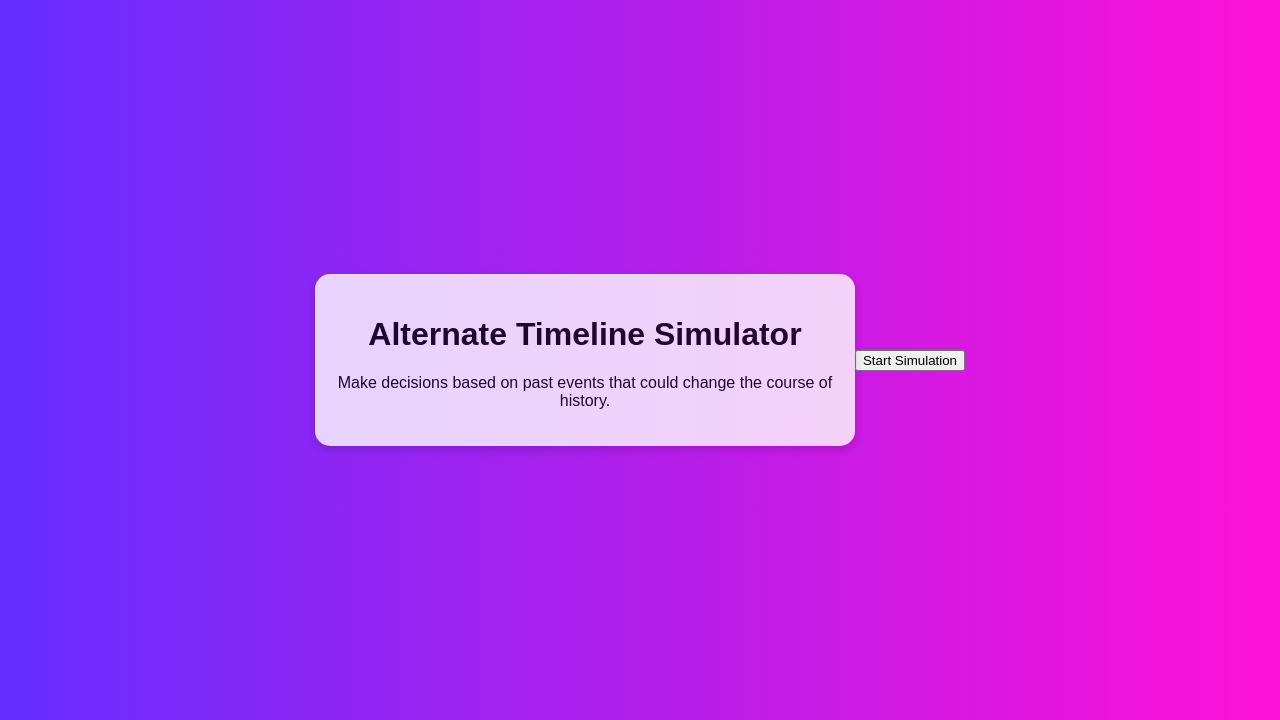
Repository: JovKun/DecisionCraft
Page: service/index.html
An editor plug-in stored every save of this project. The page is shown before and after a run of saves, followed by the edit.
The browser window is 1280 px wide. The pictures show the whole page.

Above is the page before, as saved 2026-01-31 12:50:20.
Not found: service/script.js

### service/index.html
<!DOCTYPE html>
<html lang="en">
<head>
    <meta charset="UTF-8">
    <meta name="viewport" content="width=device-width, initial-scale=1.0">
    <title>Alternate Timeline</title>
    <link rel="stylesheet" href="style.css">
</head>
<body>
    <div id="timeline-container" class="container">
        <h1>Alternate Timeline Simulator</h1>
        <p>Make decisions based on past events that could change the course of history.</p>
    </div>
    <div id="play-button" class="button-container">
        <button onclick="startSimulation()">Start Simulation</button>
    </div>

    <script src="script.js"></script>
</body>
</html>

### service/style.css
/* style.css */
html {
    background: linear-gradient(to right, rgb(101, 45, 255), rgb(255, 17, 215));
    height: 100%;
    margin: 0;
    font-family: Arial, sans-serif;
}

body {
    display: flex;
    justify-content: center;
    align-items: center;
    height: 100vh;
    margin: 0;
}

.container {
    display: box;
    background-color: white;
    border-radius: 15px;
    box-shadow: 0 4px 8px rgba(0, 0, 0, 0.2);
    padding: 20px;
    text-align: center;
    width: 500px;
    opacity: 0.8;
}

After the next 2 saves:
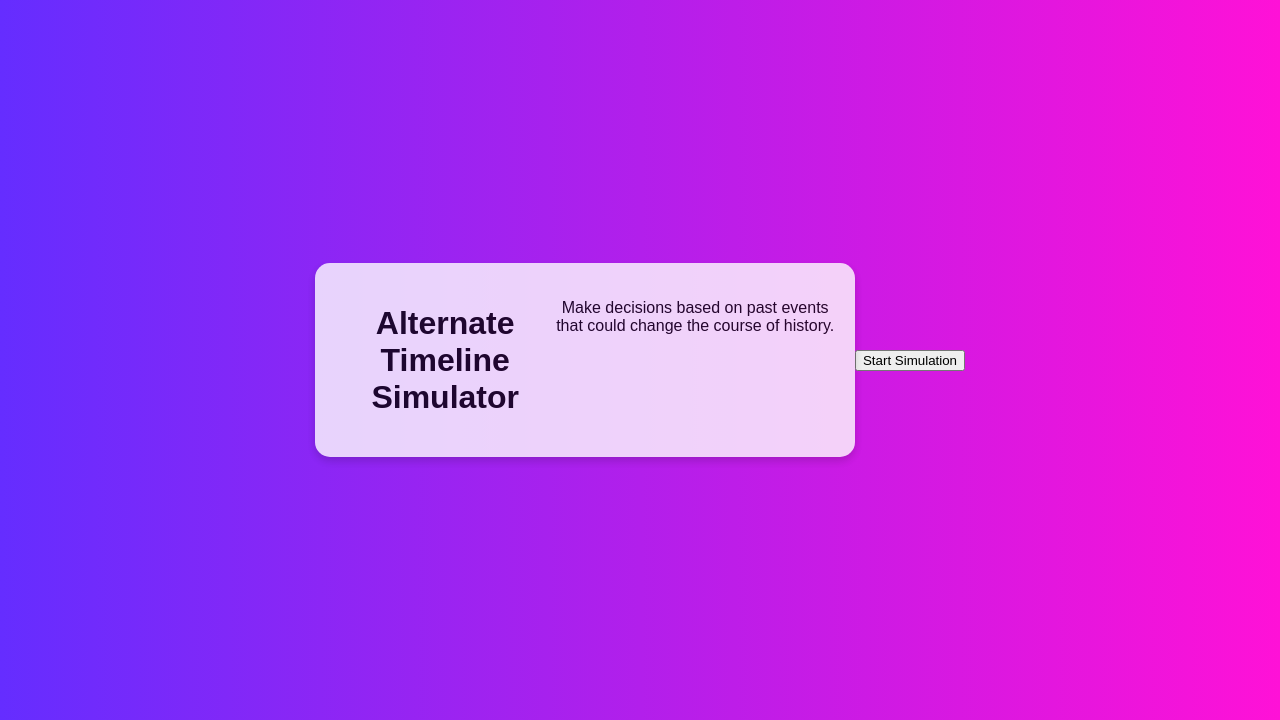
The 2 saves are shown as one change because they came seconds apart.
The last was saved 7 s later.
--- a/service/style.css
+++ b/service/style.css
@@ -15,7 +15,7 @@
 }
 
 .container {
-    display: box;
+    display: flex;
     background-color: white;
     border-radius: 15px;
     box-shadow: 0 4px 8px rgba(0, 0, 0, 0.2);

After the save that followed:
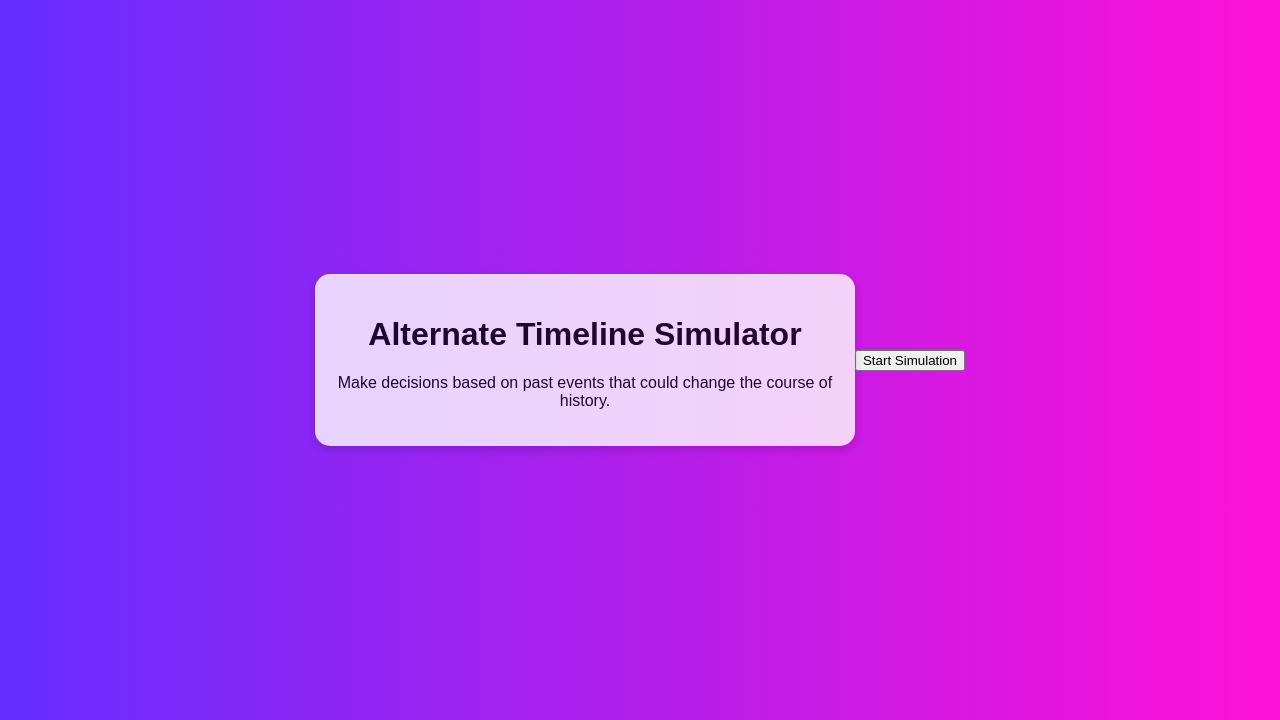
Saved 8 s later.
--- a/service/style.css
+++ b/service/style.css
@@ -15,7 +15,6 @@
 }
 
 .container {
-    display: flex;
     background-color: white;
     border-radius: 15px;
     box-shadow: 0 4px 8px rgba(0, 0, 0, 0.2);
